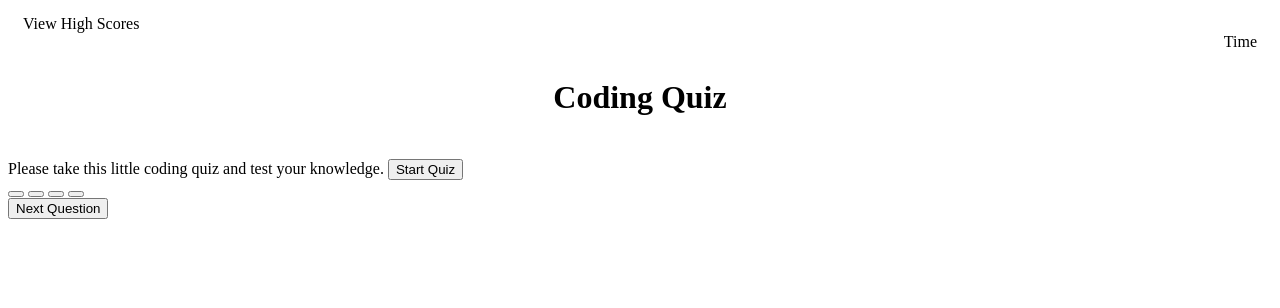
Repository: Naomilounsbury/code-quiz
Page: index.html
The author's editor kept a copy of each file at every save. The page is drawn from the files as they stood at one save, then again after the next save.
The browser window is 1280 px wide. The pictures show the whole page.

Above is the page before, as saved 2021-11-27 13:40:11.

### index.html
<!DOCTYPE html>
<html lang="en">
<head>
    <meta charset="UTF-8">
    <meta http-equiv="X-UA-Compatible" content="IE=edge">
    <meta name="viewport" content="width=device-width, initial-scale=1.0">
    <title>Code Quiz</title>
    <link rel="stylesheet" href="./assets/css/styles.css">
</head>
<body>
    <!-- basic words on the page, how do i get stuff inline? -->
 <header>
    <div class="high-scores">
     View High Scores
 </div>
 <!-- oh god I have to actually figure out how to do a timer -->
 <div class="time">
     Time
 </div>
 <h1 class="title">Coding Quiz</h1>
</header>
<!-- I then created a div element to introduce, maybe I'll add more to it later -->
 <div>

     Please take this little coding quiz and test your knowledge.
     <!-- I connected the button to the javascrpt woohoo -->
     <button onclick="onStartQuiz()">
         Start Quiz
     </button>
 </div>
 <!-- here is the quiz -->
 <form id="questions-form">
 <div id="question" class="question" >
    <!-- do i even need classes here? I know I will have to get buttons by id to be able to talk to them -->
     <button class="a" id="a" >
     </button>
     <button class="b" id="b">
     </button>
     <button class="c" id="c">
     </button>
     <button class="d" id="d">
     </button>


 </div>
 <button onclick="nextQuestion()">
        Next Question
</button>
</form>
<script src="./assets/js/script.js"></script>
</body>
</html>

### assets/css/styles.css
header {
    margin: 10px;
    padding: 5px;
    text-decoration-color: black;

}
.high-scores{
    text-align: left;
}
.time{
    text-align: right;
}
h1{
    line-height: 50px;
    text-align: center;
}

### assets/js/script.js

//I want to create an onclick function eventually
//so I'm creating my function
var onStartQuiz = function(){
    //when the quiz starts it grabs the first object in the array
    var currentQuestion = questions[0];
    //its going into the html and taking the div clas question and setting the value equal to the current question
    document.getElementById("question").innerText = currentQuestion.question

    //I dont know why these arent working and I'm crying
    // document.getElementById("button a").innerHTML = currentQuestion.a
    // document.getElementById("button b").innerHTML = currentQuestion.b
    // document.getElementById("button c").innerHTML = currentQuestion.c
    // document.getElementById("button d").innerHTML = currentQuestion.d
//create a separate onclick that changes the current question to something else
//create a next question button that will go on to the next question and save your answer
   console.log("hello")
}
//making an array of questions
var questions = [
    {
        //right now the key question is a string
        question: "To create an array, what kid of brackets are used?",
        answer: "a",
        a: "square brackets",
        b: "angle brackets",
        c: "curly brackets",
        d: "parentheses",
        //an array holds a list of items and since each question is an object we need a fucking comma
    },
    {
        question: "how do you create a branch with github?",
        answer: "b",
        a: "git push",
        b: "git branch",
        c: "git checkout",
        d: "git commit",
    },
    {
        question: "To create an array, what kid of brackets are used?",
        answer: "a",
        a: "square brackets",
        b: "angle brackets",
        c: "curly brackets",
        d: "parentheses",

    }
]

After the next save:
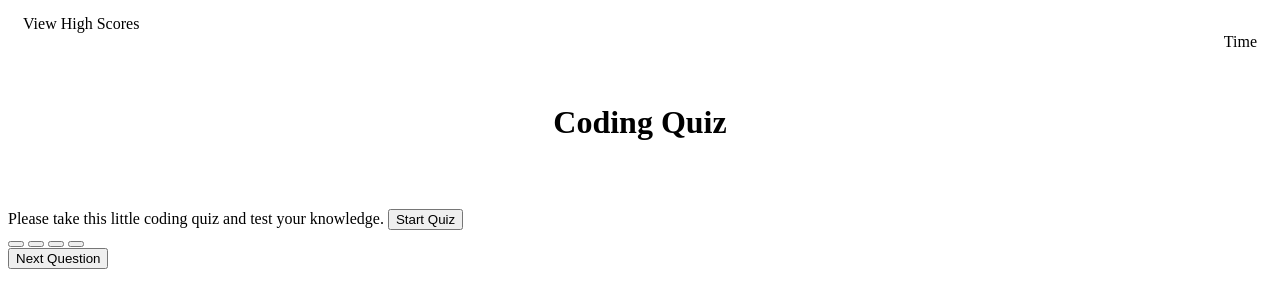
Saved 24 s later.
--- a/assets/css/styles.css
+++ b/assets/css/styles.css
@@ -11,6 +11,6 @@ header {
     text-align: right;
 }
 h1{
-    line-height: 50px;
+    line-height: 100px;
     text-align: center;
 }
